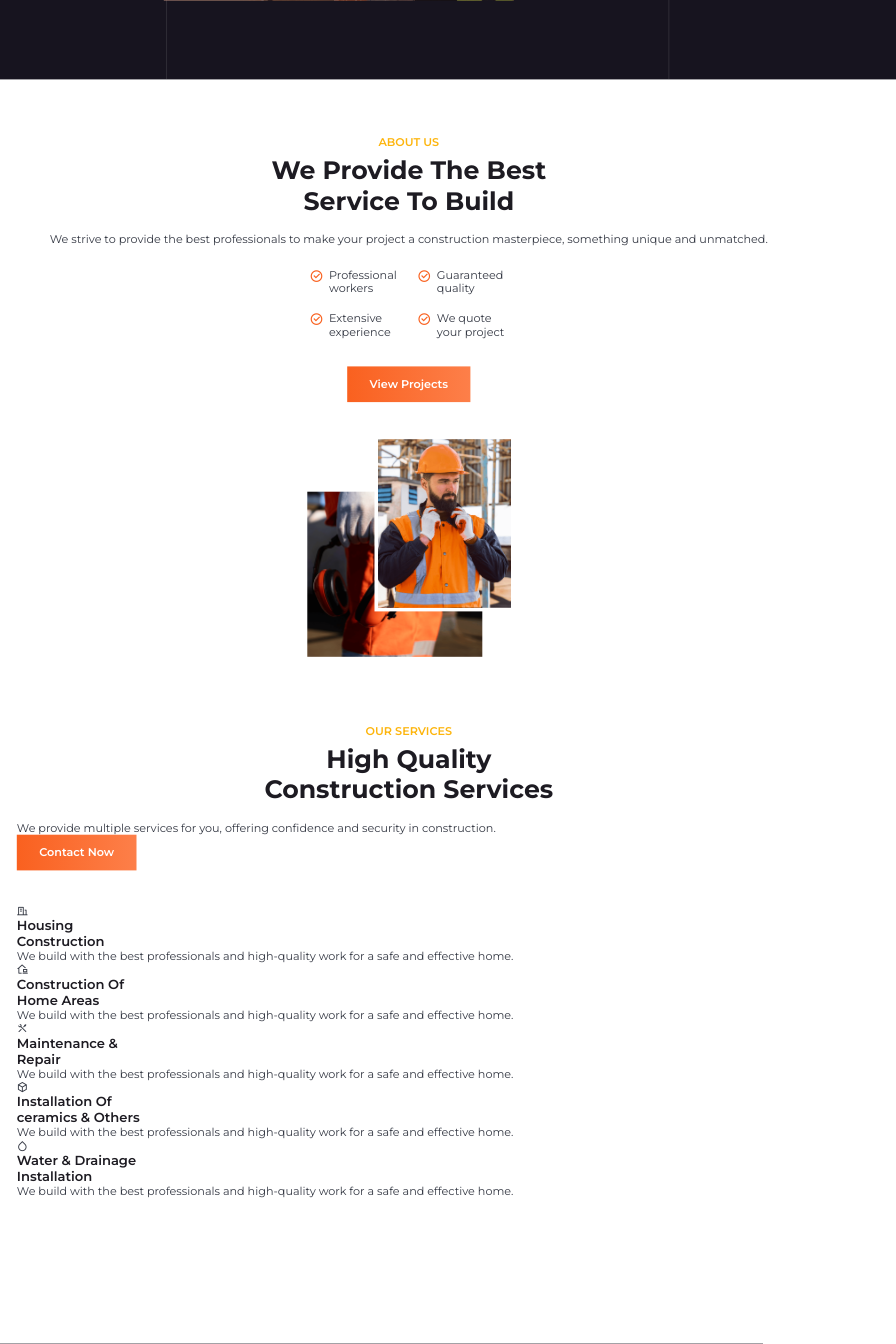
Repository: douglasabnovato/construction
Page: index.html
The author's editor kept a copy of each file at every save. The page is drawn from the files as they stood at one save, then again after the next save.
The browser window is 1280 px wide. The pictures show the part of the page from y = 1708 to 3628 px (the page is 3628 px tall), at 70% of full size.

Above is the page before, as saved 2025-05-01 13:01:34.

After the next save:
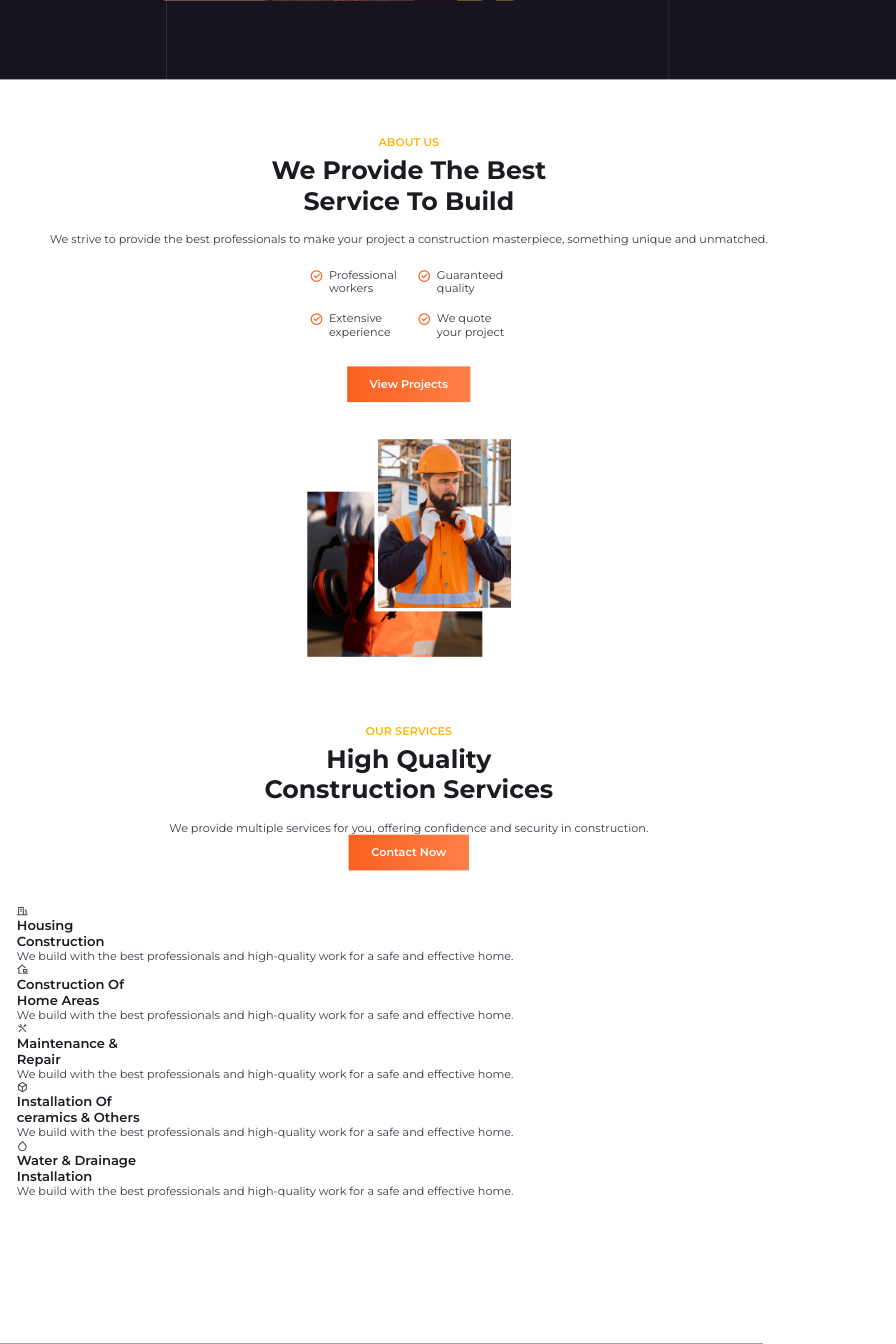
Saved 27 s later.
--- a/assets/css/styles.css
+++ b/assets/css/styles.css
@@ -414,6 +414,10 @@ img {
   row-gap: 3rem;
 }
 
+.services__data {
+  text-align: center;
+}
+
 /* Swiper class */
 
 /*=============== PROJECTS ===============*/
